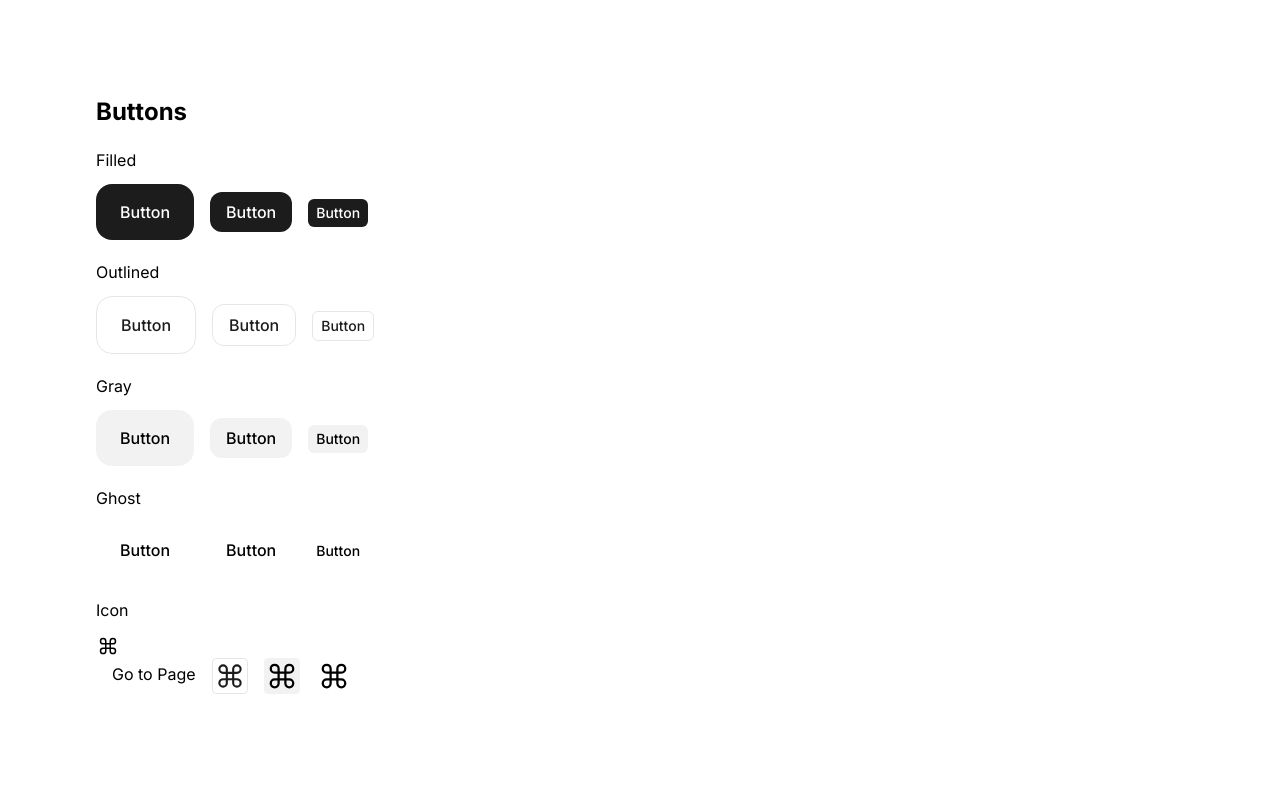
Repository: ggonzaga29/polarized-dashboard
Page: /
The author's editor kept a copy of each file at every save. The page is drawn from the files as they stood at one save, then again after the next save.
The browser window is 1280 px wide. The pictures show the whole page.
The project was rebuilt for these pictures with package versions that can differ from the ones it lists, and the page was loaded fresh each time. The framework's server and built-in components were replaced by stand-ins that run in the browser. Also part of the build but not shown: next.config.js.

Above is the page before, as saved 2023-08-04 00:52:28.

After the next save:
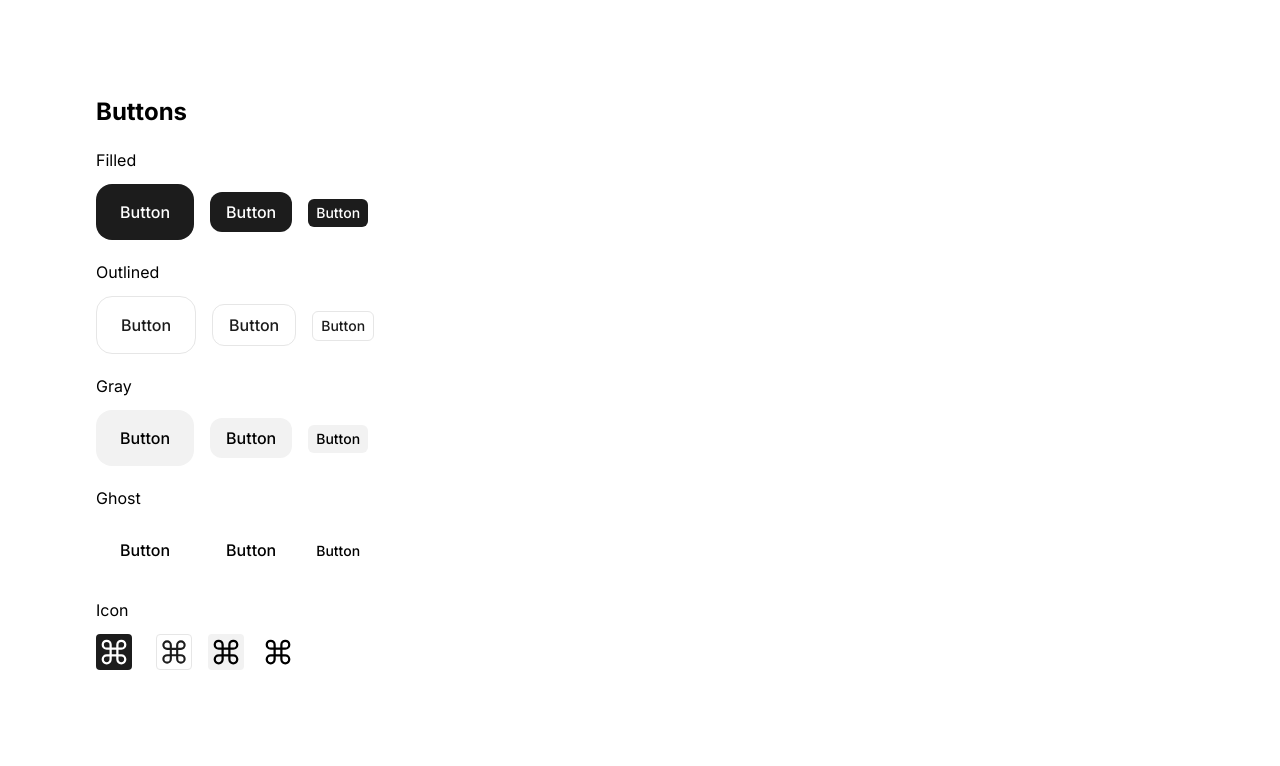
Saved 15 s later.
--- a/src/app/page.jsx
+++ b/src/app/page.jsx
@@ -67,10 +67,7 @@ export default function Home() {
         <h2>Icon</h2>
         <div className="space-x-4 mt-3">
           <Button variant="filled" size="icon" asChild>
-            <>
-              <Command className="h-6 w-6 mr-2" />
-              <a href="">Go to Page</a>
-            </>
+            <Command className="h-6 w-6 mr-2" />
           </Button>
           <Button variant="outlined" size="icon" asChild>
             <Command className="h-6 w-6" />
